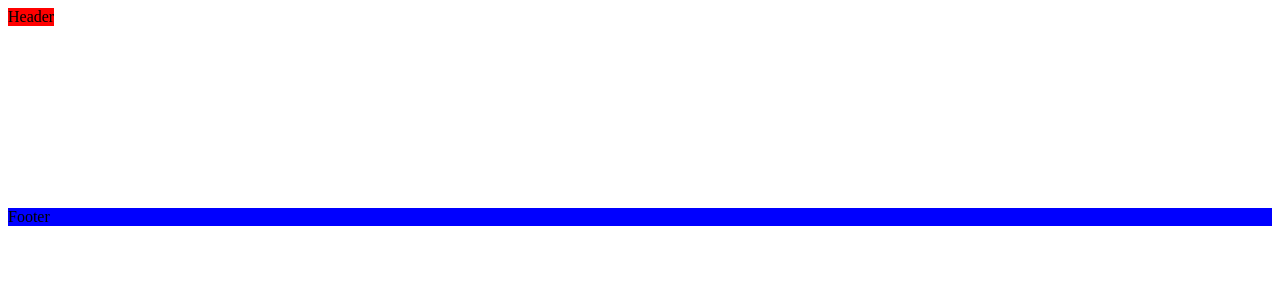
Repository: YokoInoue-u/samurai_HTML-CSS
Page: chap8.1.html
The author's editor kept a record of every edit. The page is drawn from the files as they stood at one moment, then again after the next edit.
The browser window is 1280 px wide. The pictures show the whole page.

Above is the page before.

### chap8.1.html
<!DOCTYPE html>
<html lang="ja">
<head>
    <meta charset="UTF-8">
    <title>chap8タグでの実装</title>
    <style>
        header {
            background-color: red;
            position: fixed;
        }
        footer {
            background-color: blue;
        }
        .size {
            height: 200px;
        }
    </style>
</head>
<body>
    <header>
        Header
    </header>
    <div class="size">BODY</div>
    <footer>
        Footer
    </footer>
</body>
</html>

After the next edit:
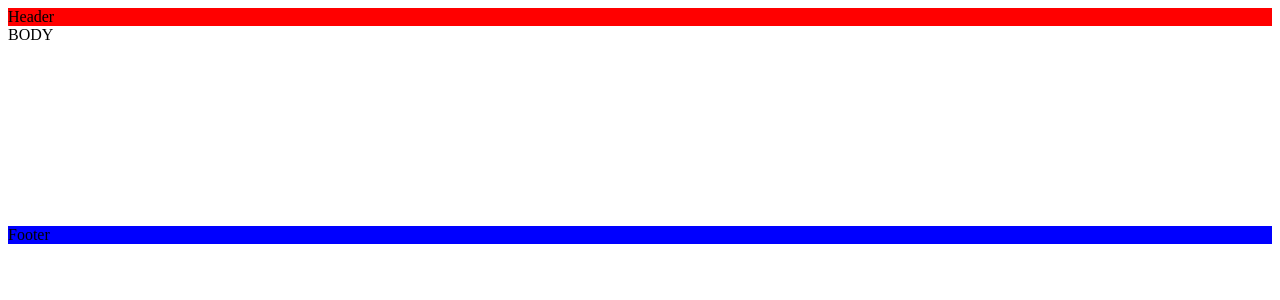
The edit:
--- a/chap8.1.html
+++ b/chap8.1.html
@@ -6,7 +6,6 @@
     <style>
         header {
             background-color: red;
-            position: fixed;
         }
         footer {
             background-color: blue;
